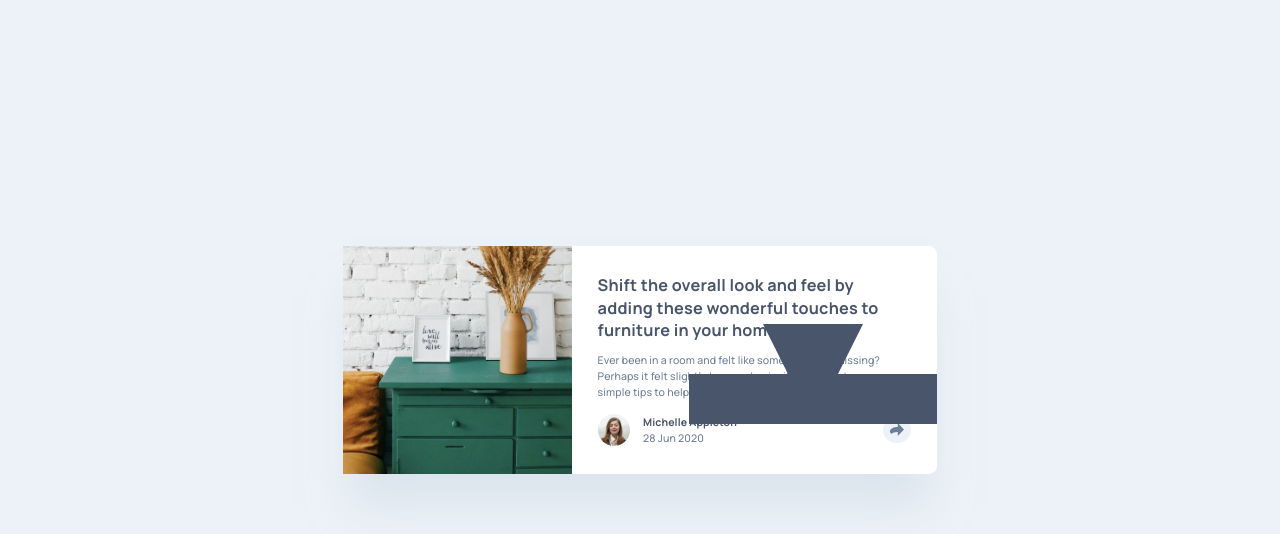
Repository: brandontaylor1/article-preview-component
Page: index.html
These files come from the project's save history. The page is drawn as it stood at one moment and after the next save; the edit follows.
The browser window is 1280 px wide. The pictures show the whole page.

Above is the page before, as saved 2025-01-15 16:10:02.

After the next save:
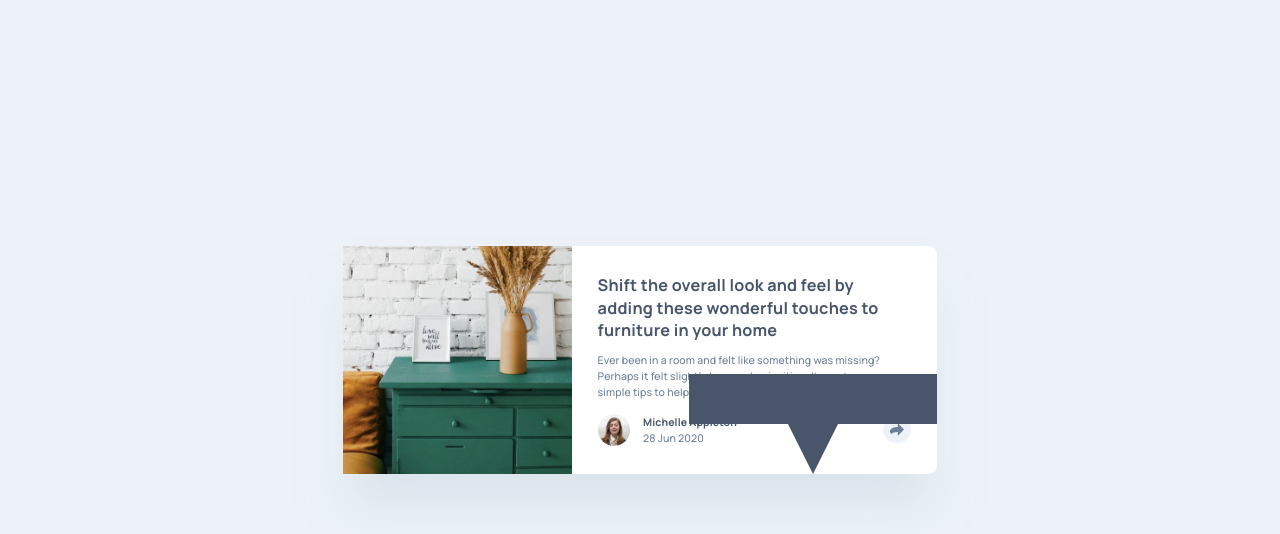
Saved 4 s later.
--- a/styles.css
+++ b/styles.css
@@ -154,7 +154,7 @@ body {
     bottom: 50px;
     right: 0;
     display: flex;
-    align-items: flex-end;
+    align-items: flex-start;
     justify-content: center;
 
 }
